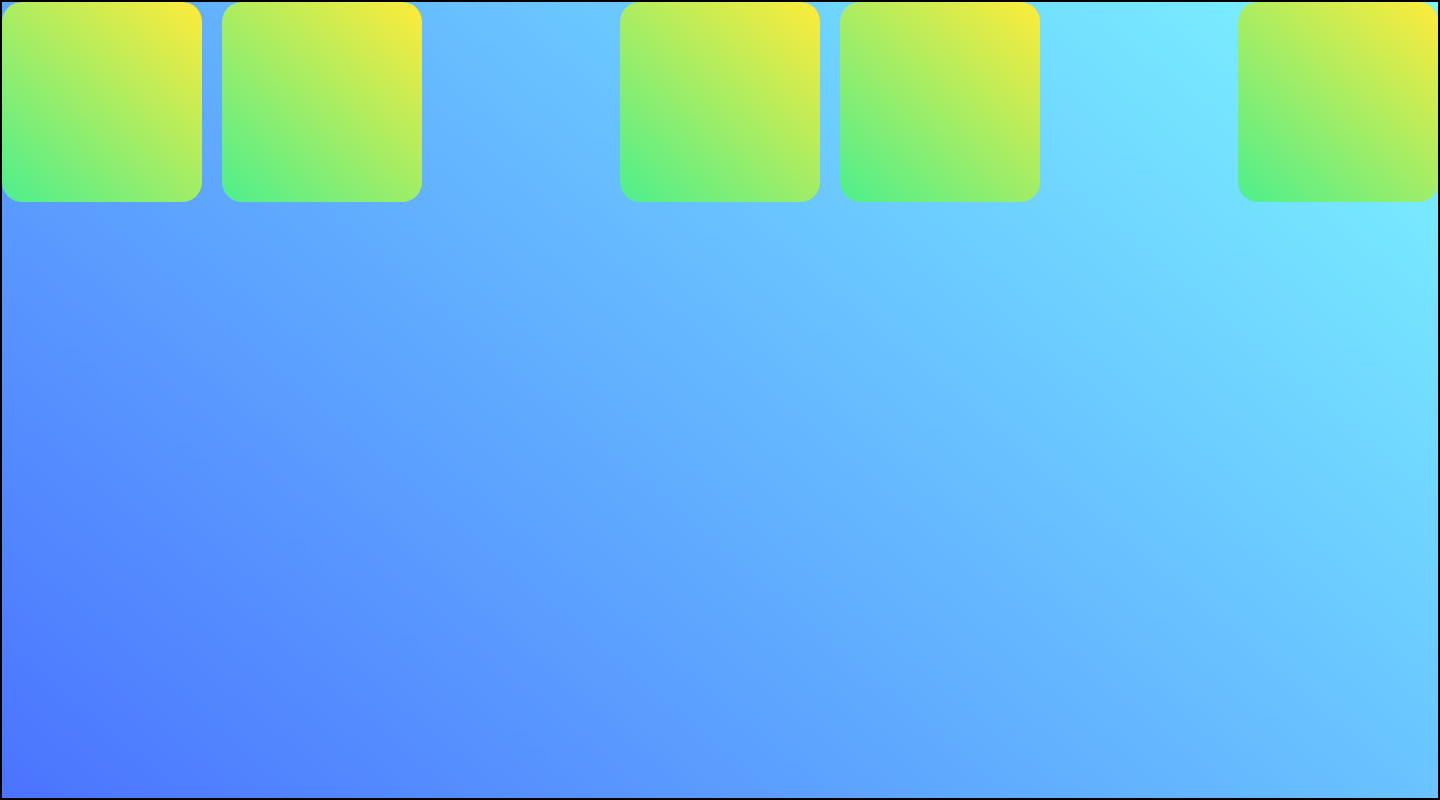
Repository: neelpatel6262/task-manager
Page: index.html
The author's editor kept a copy of each file at every save. The page is drawn from the files as they stood at one save, then again after the next save.
The browser window is 1280 px wide. The page is 1440 px wide, so the pictures cover 1440 px, including what lies to the right of the window. The pictures show the whole page.
Some web fonts or font styles are not loaded; a fallback is used.

Above is the page before, as saved 2025-07-31 20:16:36.

After the next save:
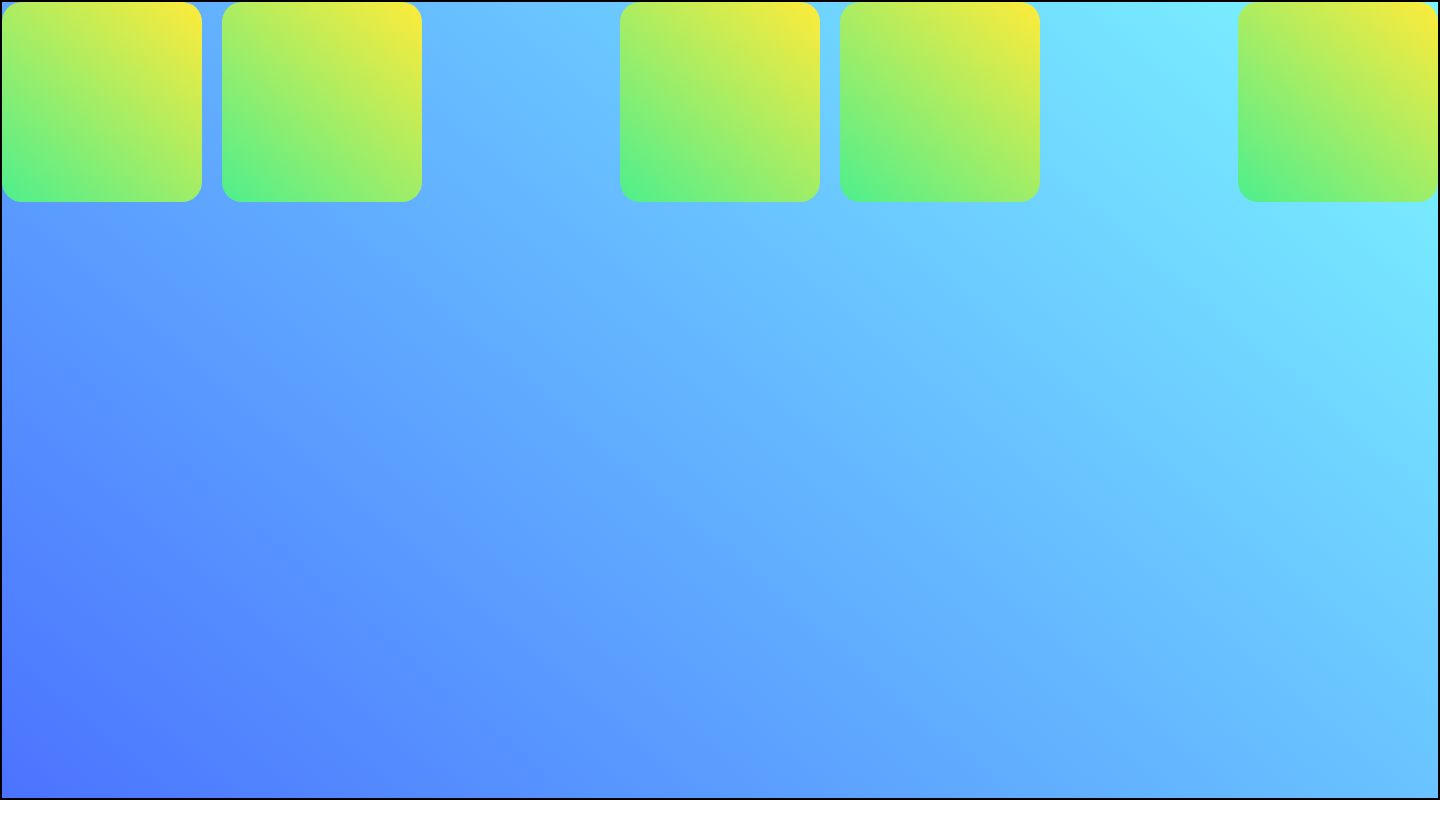
Not found: image.jpg
Saved 8 min 19 s later.
--- a/index.html
+++ b/index.html
@@ -28,7 +28,7 @@
 
   </div>
 
-
+  <img src="image.jpg" alt="">
 
 
 

After the save that followed:
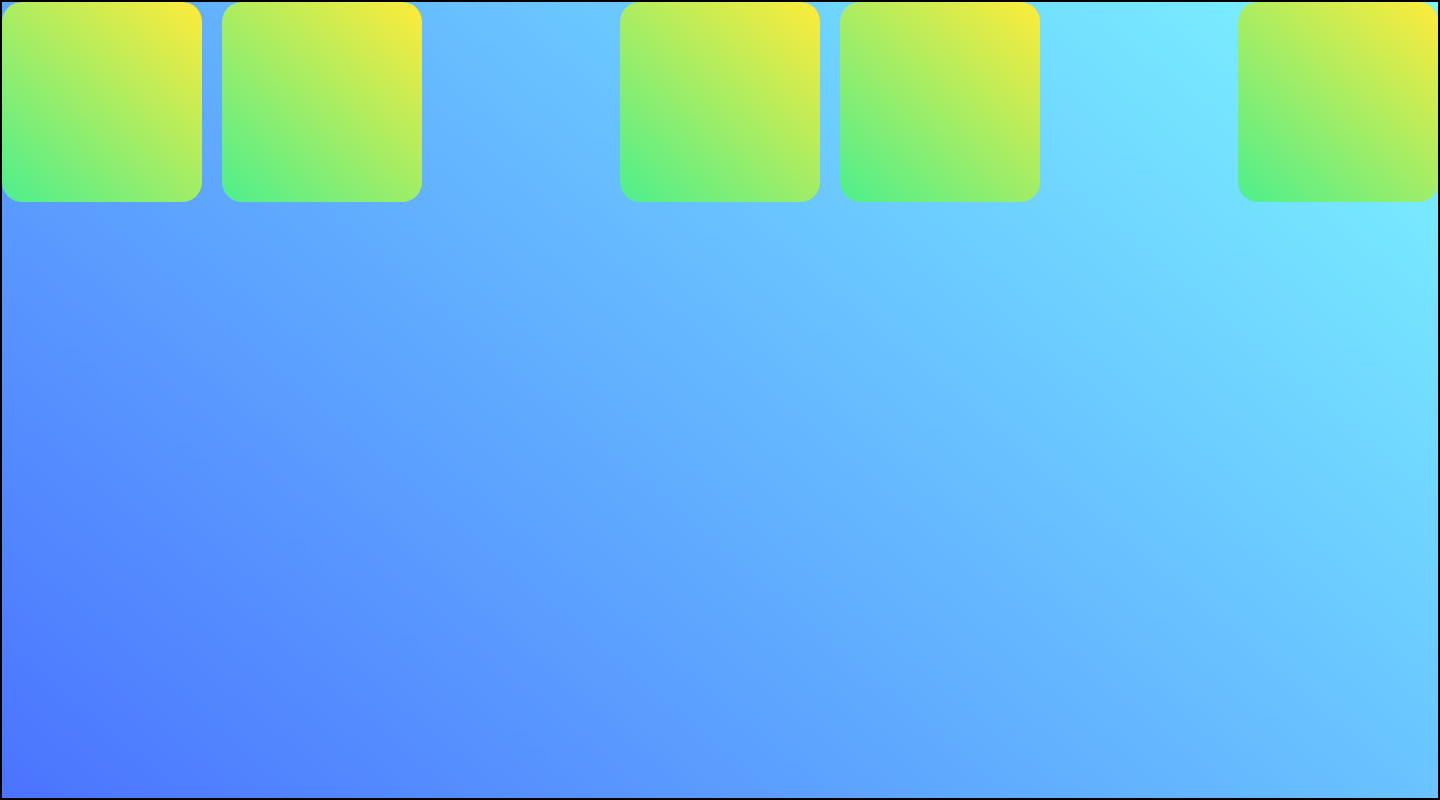
Saved 9 s later.
--- a/index.html
+++ b/index.html
@@ -28,7 +28,7 @@
 
   </div>
 
-  <img src="image.jpg" alt="">
+
 
 
 
